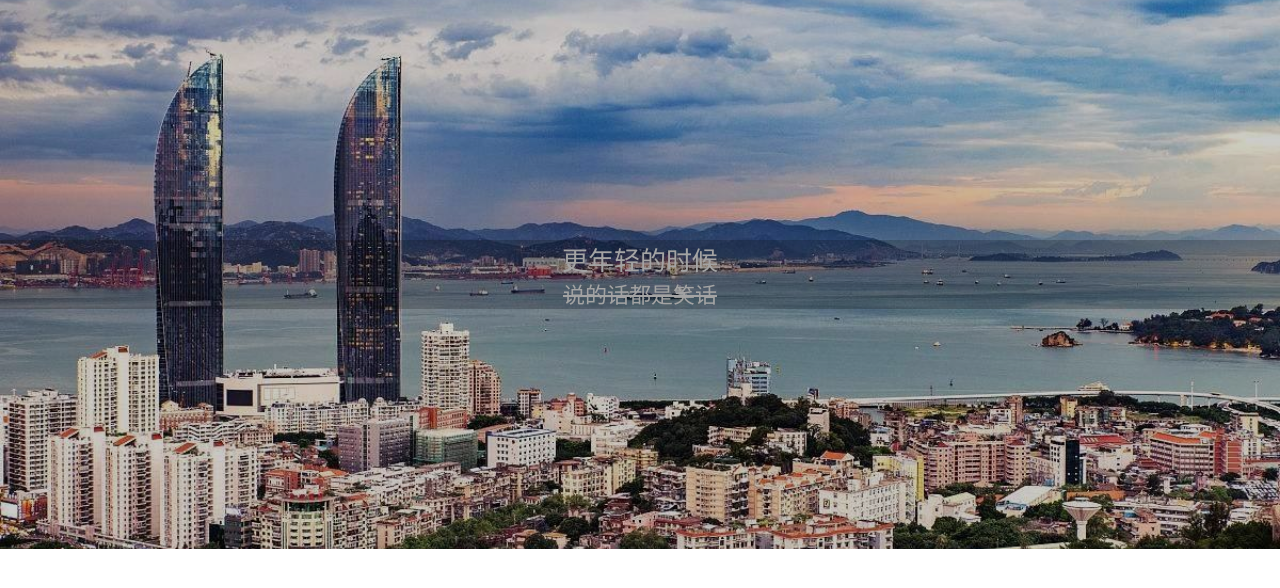
Repository: airsky0605/airsky0605.github.io
Page: index.html
The author's editor kept a copy of each file at every save. The page is drawn from the files as they stood at one save, then again after the next save.
The browser window is 1280 px wide. The pictures show the whole page.

Above is the page before, as saved 2020-04-09 17:45:31.

### index.html
<!DOCTYPE html>
<html lang="en">
<head>
  <meta charset="UTF-8">
  <meta name="viewport" content="width=device-width, initial-scale=1.0">
  <meta http-equiv="X-UA-Compatible" content="ie=edge">
  <link rel="stylesheet" href="./css/common.css">
  <link rel="stylesheet" href="./css/reset.css">
  <title>Document</title>
</head>
<body>
  <div class="banner">
    <div class="inner">
      <p class="t1">更年轻的时候</p>
      <p class="t2">说的话都是笑话</p>
    </div>
  </div>
</body>
</html>

### css/common.css
.banner{
  position: relative;
  background: url(../img/banner.jpeg) 0% 50% / cover no-repeat;
}
.banner ::after{
  content: "";
  position: absolute;
  top: 0px;
  left: 0px;
  width: 100%;
  height: 100%;
  z-index: 1;
  background: rgba(0, 0, 0, 0.2);
}
.banner .inner{
  padding: 240px 0;
  position: relative;
}
.banner .inner p{
  text-align: center;
  color: #fff;
  position: relative;
  background: transparent;
}
.banner .inner .t1{
  font-size: 26px;

}
.banner .inner .t2{
  font-size: 22px;
  text-decoration: line-through;
}

### css/reset.css
/*RESET v3*/
html, body, div, span, object, iframe, h1, h2, h3, h4, h5, h6, p, blockquote, a, cite, img, sub, sup, dl, dt, dd, ol, ul, li, fieldset, form, label, legend, table, caption, tbody, tfoot, thead, tr, th, td, article, aside, canvas, details, embed, figure, figcaption, footer, header, hgroup, menu, nav, output, ruby, section, summary, time, mark, audio, video {
  border: 0;
  font: inherit;
  margin: 0;
  padding: 0;
  font-weight: normal;
  vertical-align: baseline;
}
html,body{
  height:100%
}
article, aside, details, figcaption, figure, footer, header, hgroup, menu, nav, section {
  display: block;
}
button {
  outline: none;
}
ol, ul {
  margin: 0;
  padding: 0;
}
ol, ul, li {
  list-style: none;
}
i, em {
  font-style: normal;
}
blockquote {
  quotes: none;
}
blockquote:before, blockquote:after {
  content: '';
  content: none;
}
a {
  outline: none;
  text-decoration: none;
  text-decoration:none;
  text-decoration: none;
  transition: background-color .5s ease 0s,color .5s ease 0s,width .5s ease 0s,border-width .5s ease 0s,border-color .5s ease 0s;
  -webkit-transition: background-color .5s ease 0s,color .5s ease 0s,width .5s ease 0s,border-width .5s ease 0s,border-color .5s ease 0s;
  -moz-transition: background-color .5s ease 0s,color .5s ease 0s,width .5s ease 0s,border-width .5s ease 0s,border-color .5s ease 0s;
  -ms-transition: background-color .5s ease 0s,color .5s ease 0s,width .5s ease 0s,border-width .5s ease 0s,border-color .5s ease 0s;
  -o-transition: background-color .5s ease 0s,color .5s ease 0s,width .5s ease 0s,border-width .5s ease 0s,border-color .5s ease 0s
}
input, textarea{
  font-family: inherit;
  font-size: inherit;
  color: inherit;
  outline: none;
  border: 0;
  margin: 0;
  padding: 0;
}
select, option{
  font-family: inherit;
}
.noselect{
  -webkit-user-select: none;
  user-select: none;
}
.clear {
  clear: both;
}
.clearfix:before,.clearfix:after{
  content:"";
  display:table;
}
.clearfix:after{
  clear:both;
}
.clearfix{
  *zoom:1;
}


.el-pagination{
  padding-left: 0!important;
}
.el-pagination.is-background .btn-next, .el-pagination.is-background .btn-prev, .el-pagination.is-background .el-pager li{
  margin-left: 0!important;
}
.w-e-menu{
  z-index: 2 !important;
}
.w-e-text-container{
  z-index: 1 !important;
}

After the next save:
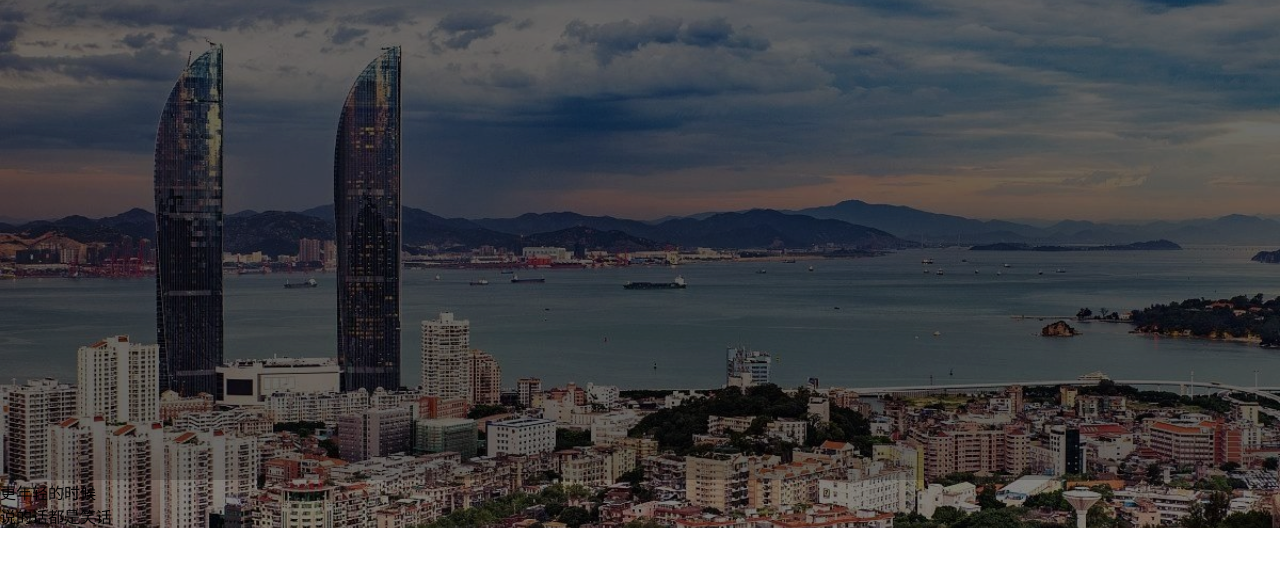
Saved 23 s later.
--- a/index.html
+++ b/index.html
@@ -10,10 +10,10 @@
 </head>
 <body>
   <div class="banner">
-    <div class="inner">
+    <p class="inner">
       <p class="t1">更年轻的时候</p>
       <p class="t2">说的话都是笑话</p>
-    </div>
+    </p>
   </div>
 </body>
 </html>
